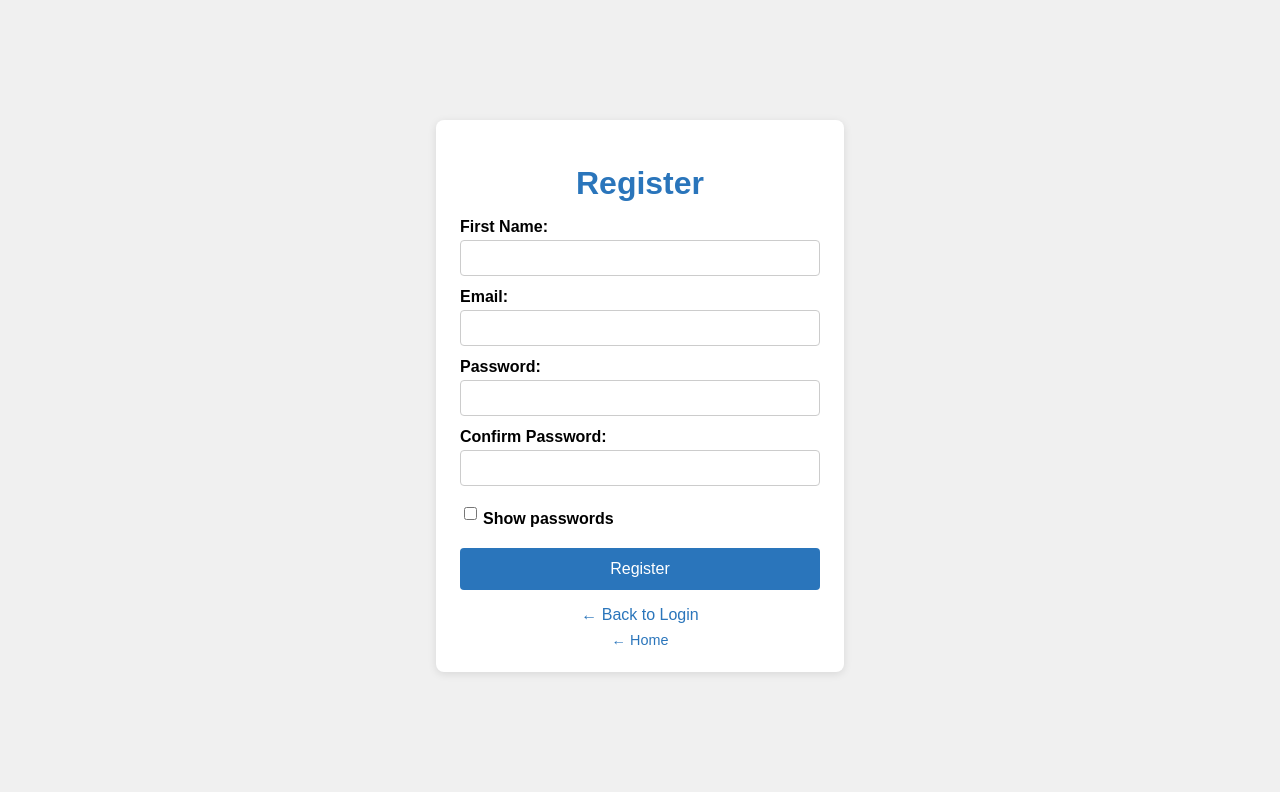
Repository: elavcoh/nodedemos
Page: Client/register.html
The author's editor kept a copy of each file at every save. The page is drawn from the files as they stood at one save, then again after the next save.
The browser window is 1280 px wide. The pictures show the whole page.

Above is the page before, as saved 2025-07-27 17:16:12.

### Client/register.html
<!DOCTYPE html>
<html lang="en">
<head>
  <meta charset="UTF-8">
  <title>Register</title>
  <link rel="stylesheet" href="/styles.css">
  <style>
    .register-container {
      max-width: 360px;
      margin: 80px auto;
      padding: 24px;
      background: #fff;
      border-radius: 8px;
      box-shadow: 0 2px 8px rgba(0,0,0,0.1);
      font-family: Arial, sans-serif;
    }
    .register-container h1 {
      text-align: center;
      color: #2a75bb;
      margin-bottom: 16px;
    }
    .register-container label {
      display: block;
      margin-top: 12px;
      font-weight: bold;
    }
    .register-container input[type="text"],
    .register-container input[type="email"],
    .register-container input[type="password"] {
      width: 100%;
      padding: 8px;
      margin-top: 4px;
      box-sizing: border-box;
      border: 1px solid #ccc;
      border-radius: 4px;
      font-size: 1em;
    }
    .register-container .show-password {
      margin-top: 12px;
      display: flex;
      align-items: center;
    }
    .register-container .show-password input {
      margin-right: 6px;
    }
    .register-container button {
      width: 100%;
      padding: 12px;
      margin-top: 20px;
      background: #2a75bb;
      color: #fff;
      border: none;
      border-radius: 4px;
      font-size: 1em;
      cursor: pointer;
    }
    .register-container button:hover {
      background: #245a9e;
    }
    .register-container a {
      display: block;
      text-align: center;
      margin-top: 16px;
      color: #2a75bb;
      text-decoration: none;
    }
    .register-container .home-link {
      margin-top: 8px;
      font-size: 0.9em;
    }
  </style>
</head>
<body>
  <div class="register-container">
    <h1>Register</h1>
    <form action="/register" method="POST">
      <label for="firstName">First Name:</label>
      <input type="text" id="firstName" name="firstName" required />

      <label for="email">Email:</label>
      <input type="email" id="email" name="email" required />

      <label for="password">Password:</label>
      <input type="password" id="password" name="password" required />

      <label for="confirmPassword">Confirm Password:</label>
      <input type="password" id="confirmPassword" name="confirmPassword" required />

      <div class="show-password">
        <input type="checkbox" id="showPasswords" />
        <label for="showPasswords">Show passwords</label>
      </div>

      <button type="submit">Register</button>
    </form>
    <a href="/login">← Back to Login</a>
    <a href="/" class="home-link">← Home</a>
  </div>

  <script>
    const toggle = document.getElementById('showPasswords');
    const pw1    = document.getElementById('password');
    const pw2    = document.getElementById('confirmPassword');

    toggle.addEventListener('change', () => {
      const type = toggle.checked ? 'text' : 'password';
      pw1.type = type;
      pw2.type = type;
    });
  </script>
</body>
</html>

### Client/styles.css
body {
    font-family: Arial, sans-serif;
    background: #f0f0f0;
    padding: 2em;
}

After the next save:
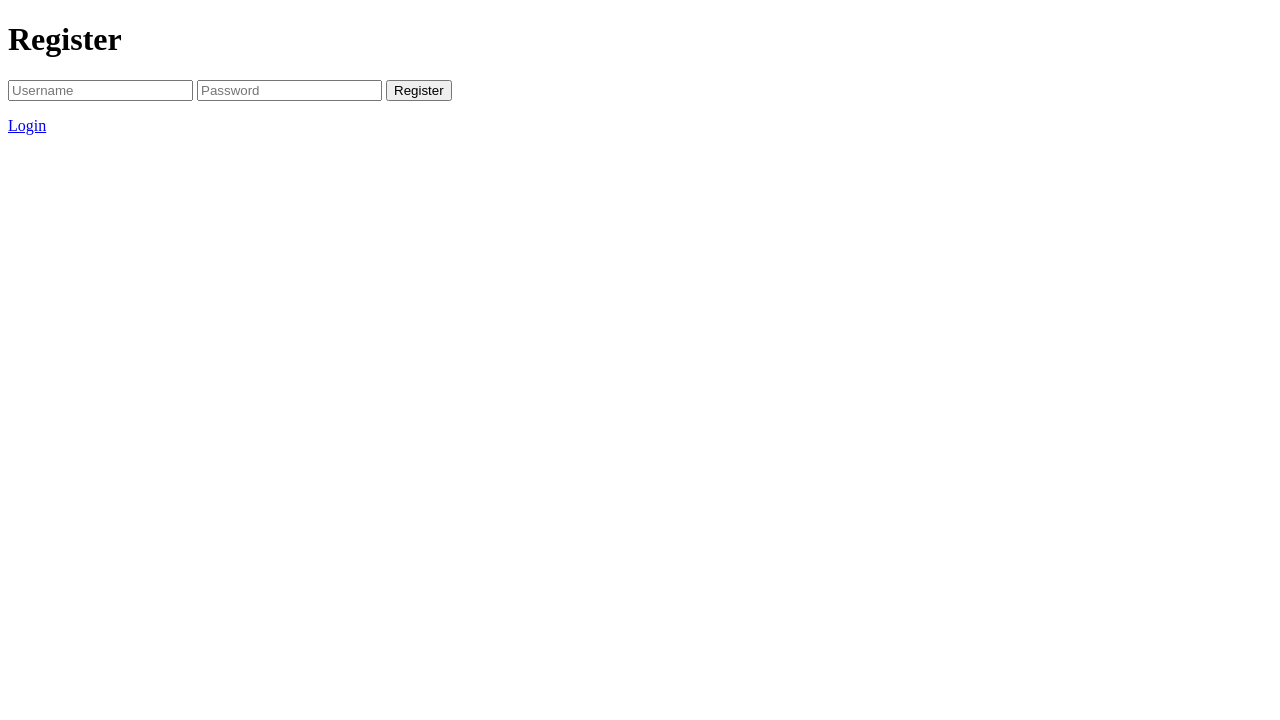
Saved 10 s later.
--- a/Client/register.html
+++ b/Client/register.html
@@ -1,112 +1,32 @@
 <!DOCTYPE html>
 <html lang="en">
 <head>
-  <meta charset="UTF-8">
+  <meta charset="UTF-8" />
   <title>Register</title>
-  <link rel="stylesheet" href="/styles.css">
-  <style>
-    .register-container {
-      max-width: 360px;
-      margin: 80px auto;
-      padding: 24px;
-      background: #fff;
-      border-radius: 8px;
-      box-shadow: 0 2px 8px rgba(0,0,0,0.1);
-      font-family: Arial, sans-serif;
-    }
-    .register-container h1 {
-      text-align: center;
-      color: #2a75bb;
-      margin-bottom: 16px;
-    }
-    .register-container label {
-      display: block;
-      margin-top: 12px;
-      font-weight: bold;
-    }
-    .register-container input[type="text"],
-    .register-container input[type="email"],
-    .register-container input[type="password"] {
-      width: 100%;
-      padding: 8px;
-      margin-top: 4px;
-      box-sizing: border-box;
-      border: 1px solid #ccc;
-      border-radius: 4px;
-      font-size: 1em;
-    }
-    .register-container .show-password {
-      margin-top: 12px;
-      display: flex;
-      align-items: center;
-    }
-    .register-container .show-password input {
-      margin-right: 6px;
-    }
-    .register-container button {
-      width: 100%;
-      padding: 12px;
-      margin-top: 20px;
-      background: #2a75bb;
-      color: #fff;
-      border: none;
-      border-radius: 4px;
-      font-size: 1em;
-      cursor: pointer;
-    }
-    .register-container button:hover {
-      background: #245a9e;
-    }
-    .register-container a {
-      display: block;
-      text-align: center;
-      margin-top: 16px;
-      color: #2a75bb;
-      text-decoration: none;
-    }
-    .register-container .home-link {
-      margin-top: 8px;
-      font-size: 0.9em;
-    }
-  </style>
 </head>
 <body>
-  <div class="register-container">
-    <h1>Register</h1>
-    <form action="/register" method="POST">
-      <label for="firstName">First Name:</label>
-      <input type="text" id="firstName" name="firstName" required />
-
-      <label for="email">Email:</label>
-      <input type="email" id="email" name="email" required />
-
-      <label for="password">Password:</label>
-      <input type="password" id="password" name="password" required />
-
-      <label for="confirmPassword">Confirm Password:</label>
-      <input type="password" id="confirmPassword" name="confirmPassword" required />
-
-      <div class="show-password">
-        <input type="checkbox" id="showPasswords" />
-        <label for="showPasswords">Show passwords</label>
-      </div>
-
-      <button type="submit">Register</button>
-    </form>
-    <a href="/login">← Back to Login</a>
-    <a href="/" class="home-link">← Home</a>
-  </div>
+  <h1>Register</h1>
+  <form onsubmit="register(event)">
+    <input id="username" placeholder="Username" required />
+    <input id="password" type="password" placeholder="Password" required />
+    <button>Register</button>
+  </form>
+  <p><a href="login.html">Login</a></p>
 
   <script>
-    const toggle = document.getElementById('showPasswords');
-    const pw1    = document.getElementById('password');
-    const pw2    = document.getElementById('confirmPassword');
-
-    toggle.addEventListener('change', () => {
-      const type = toggle.checked ? 'text' : 'password';
-      pw1.type = type;
-      pw2.type = type;
-    });
+    async function register(e) {
+      e.preventDefault();
+      const res = await fetch("/api/register", {
+        method: "POST",
+        headers: { "Content-Type": "application/json" },
+        body: JSON.stringify({
+          username: username.value,
+          password: password.value,
+        }),
+      });
+      if (res.ok) location.href = "login.html";
+      else alert("Registration failed");
+    }
   </script>
 </body>
 </html>

After the save that followed:
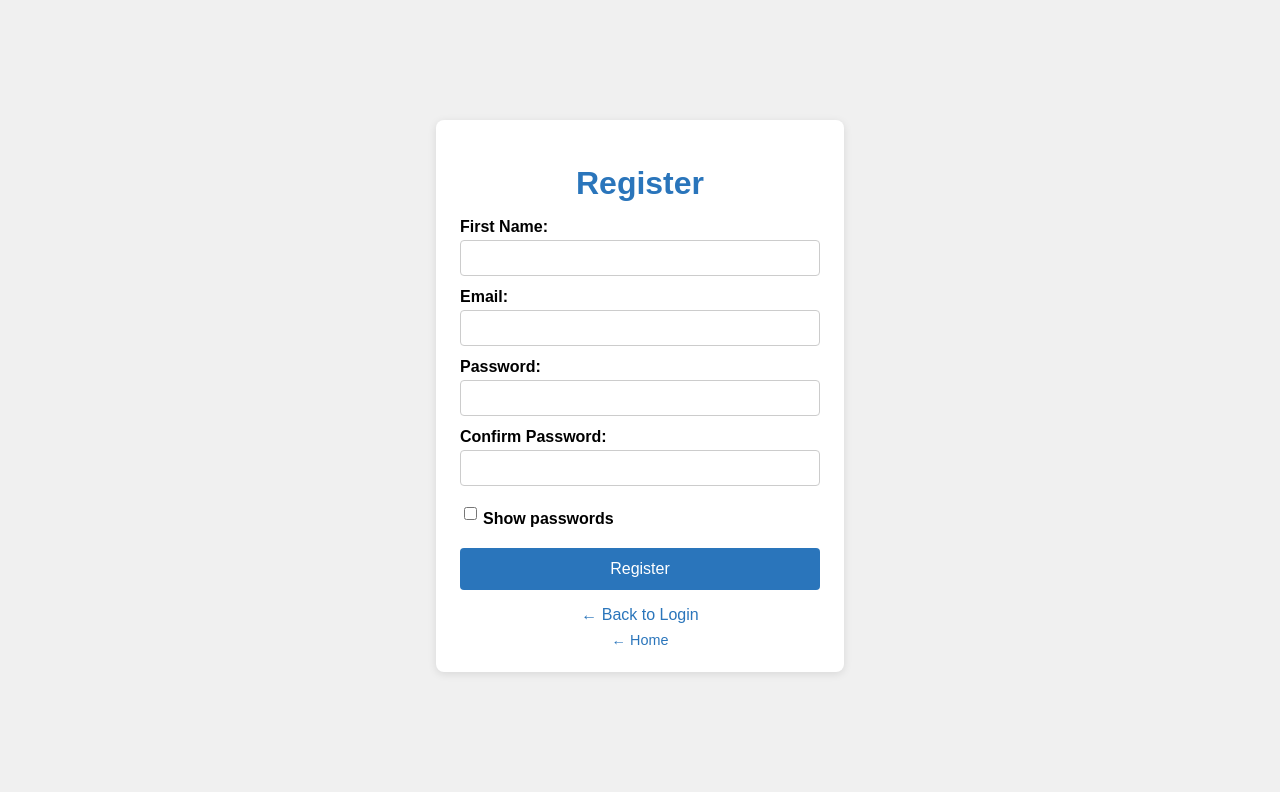
Saved 21 s later.
--- a/Client/register.html
+++ b/Client/register.html
@@ -1,32 +1,112 @@
 <!DOCTYPE html>
 <html lang="en">
 <head>
-  <meta charset="UTF-8" />
+  <meta charset="UTF-8">
   <title>Register</title>
+  <link rel="stylesheet" href="/styles.css">
+  <style>
+    .register-container {
+      max-width: 360px;
+      margin: 80px auto;
+      padding: 24px;
+      background: #fff;
+      border-radius: 8px;
+      box-shadow: 0 2px 8px rgba(0,0,0,0.1);
+      font-family: Arial, sans-serif;
+    }
+    .register-container h1 {
+      text-align: center;
+      color: #2a75bb;
+      margin-bottom: 16px;
+    }
+    .register-container label {
+      display: block;
+      margin-top: 12px;
+      font-weight: bold;
+    }
+    .register-container input[type="text"],
+    .register-container input[type="email"],
+    .register-container input[type="password"] {
+      width: 100%;
+      padding: 8px;
+      margin-top: 4px;
+      box-sizing: border-box;
+      border: 1px solid #ccc;
+      border-radius: 4px;
+      font-size: 1em;
+    }
+    .register-container .show-password {
+      margin-top: 12px;
+      display: flex;
+      align-items: center;
+    }
+    .register-container .show-password input {
+      margin-right: 6px;
+    }
+    .register-container button {
+      width: 100%;
+      padding: 12px;
+      margin-top: 20px;
+      background: #2a75bb;
+      color: #fff;
+      border: none;
+      border-radius: 4px;
+      font-size: 1em;
+      cursor: pointer;
+    }
+    .register-container button:hover {
+      background: #245a9e;
+    }
+    .register-container a {
+      display: block;
+      text-align: center;
+      margin-top: 16px;
+      color: #2a75bb;
+      text-decoration: none;
+    }
+    .register-container .home-link {
+      margin-top: 8px;
+      font-size: 0.9em;
+    }
+  </style>
 </head>
 <body>
-  <h1>Register</h1>
-  <form onsubmit="register(event)">
-    <input id="username" placeholder="Username" required />
-    <input id="password" type="password" placeholder="Password" required />
-    <button>Register</button>
-  </form>
-  <p><a href="login.html">Login</a></p>
+  <div class="register-container">
+    <h1>Register</h1>
+    <form action="/register" method="POST">
+      <label for="firstName">First Name:</label>
+      <input type="text" id="firstName" name="firstName" required />
+
+      <label for="email">Email:</label>
+      <input type="email" id="email" name="email" required />
+
+      <label for="password">Password:</label>
+      <input type="password" id="password" name="password" required />
+
+      <label for="confirmPassword">Confirm Password:</label>
+      <input type="password" id="confirmPassword" name="confirmPassword" required />
+
+      <div class="show-password">
+        <input type="checkbox" id="showPasswords" />
+        <label for="showPasswords">Show passwords</label>
+      </div>
+
+      <button type="submit">Register</button>
+    </form>
+    <a href="/login">← Back to Login</a>
+    <a href="/" class="home-link">← Home</a>
+  </div>
 
   <script>
-    async function register(e) {
-      e.preventDefault();
-      const res = await fetch("/api/register", {
-        method: "POST",
-        headers: { "Content-Type": "application/json" },
-        body: JSON.stringify({
-          username: username.value,
-          password: password.value,
-        }),
-      });
-      if (res.ok) location.href = "login.html";
-      else alert("Registration failed");
-    }
+    const toggle = document.getElementById('showPasswords');
+    const pw1    = document.getElementById('password');
+    const pw2    = document.getElementById('confirmPassword');
+
+    toggle.addEventListener('change', () => {
+      const type = toggle.checked ? 'text' : 'password';
+      pw1.type = type;
+      pw2.type = type;
+    });
   </script>
 </body>
 </html>
